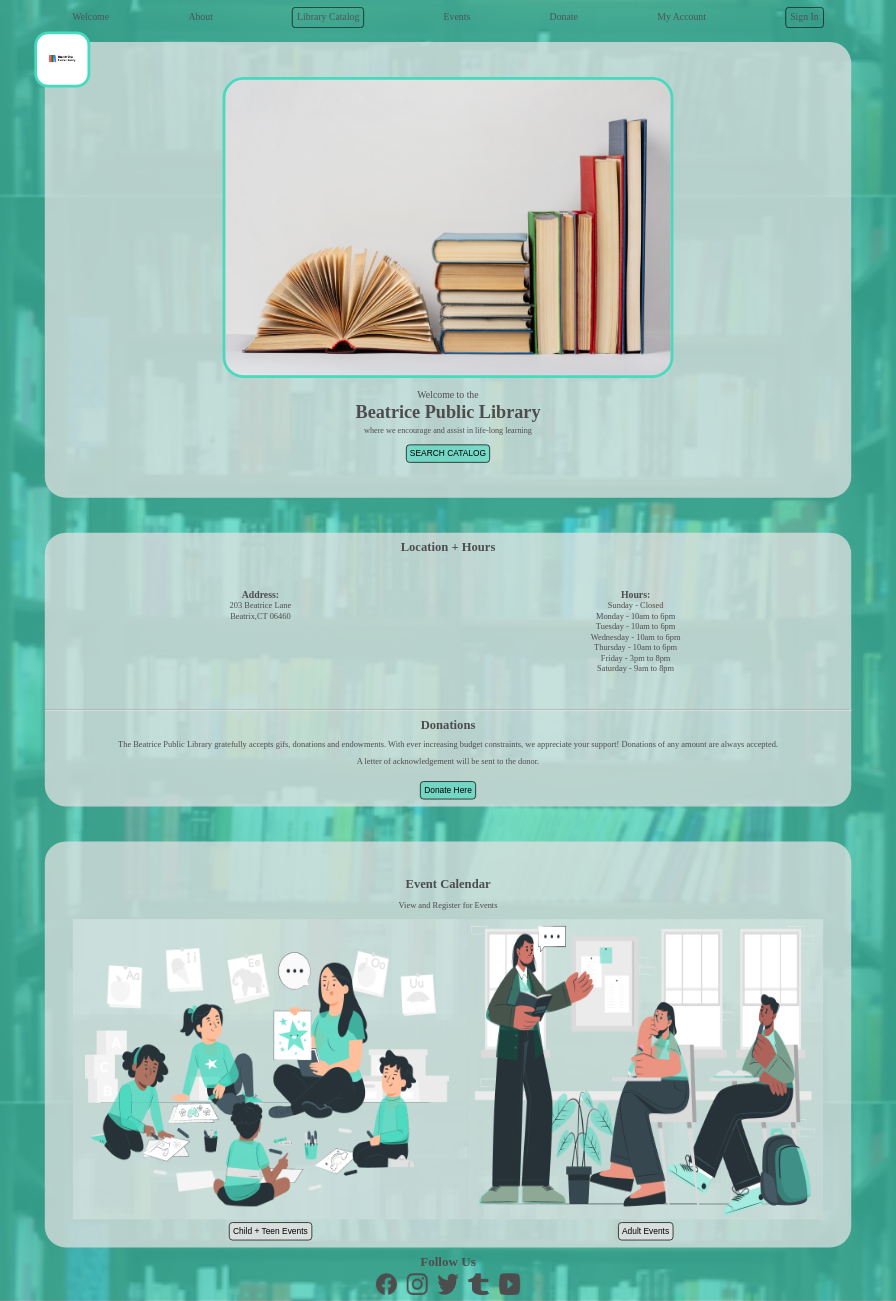
Repository: cokoduwa/RA-Wk5-Library
Page: index.html
The author's editor kept a copy of each file at every save. The page is drawn from the files as they stood at one save, then again after the next save.
The browser window is 1280 px wide. The pictures show the whole page, at 70% of full size.

Above is the page before, as saved 2023-01-25 22:22:14.

### index.html
<!DOCTYPE html>
<html lang="en">
<head>
    <meta charset="UTF-8">
    <meta http-equiv="X-UA-Compatible" content="IE=edge">
    <meta name="viewport" content="width=device-width, initial-scale=1.0">
    <link rel="stylesheet" href="index.css">
    <title>Beatrice Public Library</title>
</head>

<body>
    <div class="back-img-1">
        <div class="back-color">

            <!-- Navigation/Menu Section -->
            <nav class="menu-options">
                <a href="#">Welcome</a>
                <a href="about.html">About</a>
                <a class="nav-link" href="#">Library Catalog</a>
                <a href="#">Events</a>
                <a href="#">Donate</a>
                <a href="#">My Account</a>
                <a class="nav-link" href="signin.html">Sign In</a>
            </nav>

            <main>


                <div class="sections">

                    <!-- Intro Section -->
                    <section class="card intro">
                        <div id="logo" >
                            <img src="images/BPLcanvaLogo.jpeg" alt="BPL Logo">
                        </div>
                        <img class="intro-img" src="images/books.png" alt="Books lined up">
                        <p>Welcome to the </p>
                        <h3>Beatrice Public Library</h3>
                        <p>
                            <small>where we encourage and assist in life-long learning</small>
                        </p>
                        <button>SEARCH CATALOG</button>
                    </section>


                    <!-- Location and Hours Section -->

                    <section class="card" id="info">
                        <h2>Location + Hours</h2>
                        <div class="info">
                            <div class="address">
                                <h3>Address:</h3>
                                <p>203 Beatrice Lane</p>
                                <p>Beatrix,CT 06460</p>
                            </div>

                            <div class="hours">
                                <h3>Hours:</h3>
                                <ul>
                                    <li>Sunday - Closed</li>
                                    <li>Monday - 10am to 6pm</li>
                                    <li>Tuesday - 10am to 6pm</li>
                                    <li>Wednesday - 10am to 6pm</li>
                                    <li>Thursday - 10am to 6pm</li>
                                    <li>Friday - 3pm to 8pm</li>
                                    <li>Saturday - 9am to 8pm</li>
                                </ul>
                            </div>

                        </div>

                        <hr>
                        <h2>Donations</h2>
                        <div class="donate">
                            <p>The Beatrice Public Library gratefully accepts gifs, donations and endowments. With ever
                                increasing budget constraints, we appreciate your support! Donations of any amount are
                                always accepted.</p>
                            <p>A letter of acknowledgement will be sent to the donor.</p>
                        </div>

                        <button>Donate Here</button>
                    </section>

                    <!-- Events Section -->

                    <section class="card events">
                        <h2>Event Calendar</h2>
                        <p>View and Register for Events</p>

                        <div class="event-types">
                            <div class="child">
                                <img src="images/child.png" alt="Teacher and children">
                                <button>Child + Teen Events</button>

                            </div>

                            <div class="adult">
                                <img src="images/adults.png" alt="Teacher and adult students">

                                <button>Adult Events</button>

                            </div>

                        </div>

                    </section>

                </div>

            </main>

            <footer>
                <h3>Follow Us</h3>
                <img class="social-media-logos" src="images/facebook.png" alt="Facebook Logo">
                <img class="social-media-logos" src="images/instagram.png" alt="Instagram Logo">
                <img class="social-media-logos" src="images/twitter.png" alt="Twitter Logo">
                <img class="social-media-logos" src="images/tumblr.png" alt="Tumblr Logo">
                <img class="social-media-logos" src="images/youtube.png" alt="YouTube Logo">
            </footer>
        </div> <!-- back color div-->
    </div> <!-- back img div-->
</body>
</html>

### index.css
*{
    padding:0;
    margin:0;
    box-sizing: border-box;
    /* overflow-x: hidden; */

}

body {
    color: #4E4D4D;
    font-family: 'Arial Rounded MT Bold';
    width: 100%;
}

.back-color {
    background-color: rgb(70, 218, 191, 0.7);
}

.back-img-1 {
    height: 100%;
    background-position: center;
    background-size: contain;
    background-image: url("images/library.png");

}

/****** Navigation Bar/Menu for all pages ******/
.menu-options{
    display: flex;
    justify-content: space-evenly;
    align-items: center;
    gap: 10px;
    opacity: 0.9;
    padding:10px 0;
}

nav a {
    text-decoration: none;
    color: #4E4D4D;
    font-size: 8px;
}
.nav-link {
    border-radius: 5px;
    border: 1px solid black;
    padding: 6px;
}

/***** Main Sections ******/
.sections {
    width: 90%;
    margin: 0 auto;

}

.card {
    background-color: rgba(224, 224, 224, 0.75);
    position: relative;
    border-radius: 30px;
    margin: 50px 0;
}


/****** First Section - Intro ******/

.intro {
    text-align: center;
    padding: 40px;
    margin: 10px auto;
}

.intro p {
    padding: 10px auto;
    font-size: 12px;
    line-height: 20px;
}

.intro h3 {
    font-size: 14px;
}

.intro button {
    font-size: 12px;
    padding: 5px;
    margin: 10px auto;
    background-color: rgb(70, 218, 191, 0.6);
    border-radius: 5px;
    border: solid 1px;
}

.intro-img {
    border-radius: 30px;
    border: 4px solid #46DABF;
    width: 60%;
    margin: 10px;
}

#logo {
    width: 80px;
    height: 80px;
    border-radius: 20px;
    border: 4px solid #46DABF;
    padding: 10px;
    position: absolute;
    top: -15px;
    left: -15px;
    background-color: white;
}

#logo img {
    width: 100%;
}


/****** Second Section - Info ******/

.info {
    display:grid;
    grid-template-columns: 1fr 1fr;
    padding: 40px;
    margin: 10px auto;
    text-align: center;
}

.info p, .info ul {
    padding: 10px auto;
    font-size: 12px;
}

#info h2 {
    font-size: 18px;
    padding-top: 10px;
}

.info h3 {
    font-size: 14px;
}

li {
    list-style: none;
}

#info{
    text-align: center;

}

.donate {
    margin: 10px auto;
    padding: 10px auto;
    font-size: 12px;
}

.donate p {
    margin: 10px auto;
}

#info button {
    font-size: 12px;
    padding: 5px;
    margin: 10px auto;
    background-color: rgb(70, 218, 191, 0.6);
    border-radius: 5px;
    border: solid 1px;
}


/****** Third Section - Events ******/

.events {
    text-align: center;
    padding: 40px;
    margin: 10px auto;
}

.event-types{
    display: flex;
    justify-content: center;
}

.child img, .adult img {
    width: 100%;
    height: 100%;
}

.event-types button {
    font-size: 12px;
    padding: 5px;
    background-color: rgba(224, 224, 224, 0.75);
    border-radius: 5px;
    border: solid 1px;
}

.events h2{
    font-size: 18px;
    padding-top: 10px;
}

.events p {
    padding: 10px;
    font-size: 12px;
    line-height: 20px;
}

/******* About Page  *****/

.back-img-2 {
    width:100%;
    height: 100vh;
    background-position: center;
    background-size: contain;
    background-image: url("images/books-plant.png");
}

#about {
    display: flex;
    flex-direction: column;
    justify-content: center;
    align-items: center;
    padding: 0px;
    gap: 20px;
    position: absolute;
    text-align: center;
}

/******* Catalog Page *****/





/******* Create Profile Page *****/

.back-img-3 {
    background-image: url("images/SignIn-Background.png");
    width:100%;
    height: 100vh;
    background-position: center;
    background-size: cover;
    background-repeat: no-repeat;
}

#create {
    display: flex;
    flex-direction: column;
    justify-content: center;
    align-items: center;
    padding: 0px;
    gap: 20px;
    position: absolute;
    text-align: center;
}


/****** Footer for all pages ******/

footer {
    text-align: center;
}

#footer {
    position: absolute;
    bottom: 0;
}

.social-media-logos{
    width: 2.5em;
    height: 2.5em;
    padding: .3em;
}


/***** Media Queries *****/

/* Medium devices (landscape tablets, 768px and up) */
@media only screen and (min-width: 768px) {
    nav a {
        font-size: 14px;
    }

    .intro p {
        font-size: 16px;
    }

    .intro h3 {
        font-size: 18px;
    }

    .donate p {
        margin: 10px auto;
        padding: 0 100px;
    }

}
/* Large devices (laptops/desktops, 992px and up) */
@media only screen and (min-width: 992px) {

    .intro p {
        font-size: 14px;
    }

    .intro h3 {
        font-size: 26px;
    }
}

After the next save:
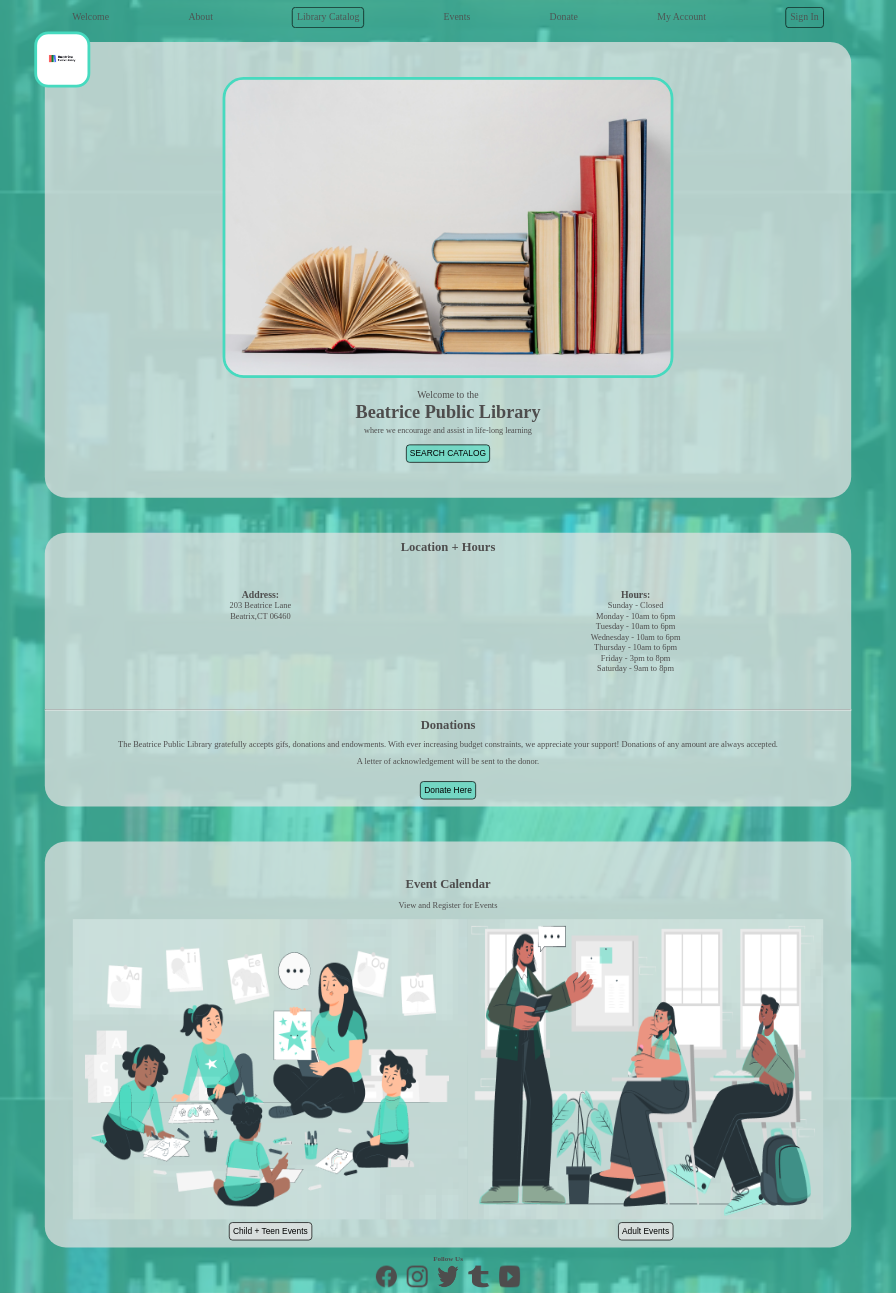
Saved 23 s later.
--- a/index.css
+++ b/index.css
@@ -257,6 +257,10 @@
     text-align: center;
 }
 
+footer h3 {
+    font-size: 10px;
+}
+
 #footer {
     position: absolute;
     bottom: 0;
